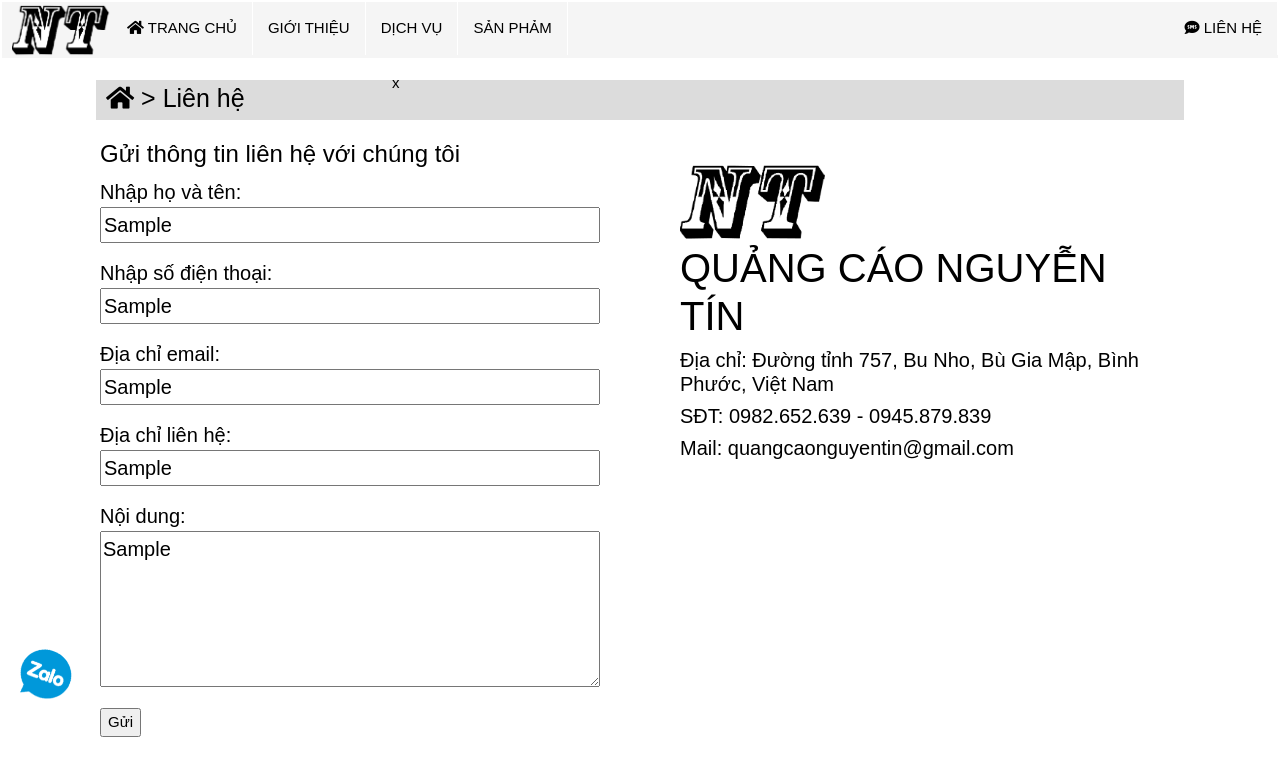
Repository: Haunguyen42193/quangcaonguyentin.github.io
Page: contact.html
The author's editor kept a copy of each file at every save. The page is drawn from the files as they stood at one save, then again after the next save.
The browser window is 1280 px wide. The pictures show the part of the page from y = 0 to 757 px (the page is 1526 px tall).
Empty fields were first filled with sample values (such as "Sample", 5 or name@example.com).
After loading, the first visible `#submit` was clicked once.
Pictures or frames that could not be fetched are drawn as grey boxes. Some web fonts or font styles are not loaded; a fallback is used. Some web libraries are served in a nearby version.

Above is the page before, as saved 2021-09-17 17:26:57.

### contact.html
<!DOCTYPE html>
<html lang="en">
<head>
    <meta charset="UTF-8">
    <meta http-equiv="X-UA-Compatible" content="IE=edge">
    <meta name="viewport" content="width=device-width, initial-scale=1.0">
    <title>Quảng Cáo Nguyễn Tín</title>
    <link rel="shotcut icon" href="images/logo2.png"/>
    <link
    rel="stylesheet"
    href="https://cdnjs.cloudflare.com/ajax/libs/animate.css/4.1.1/animate.min.css"
    />
    <!--carousel-->
    <link href="https://cdn.jsdelivr.net/npm/bootstrap@5.1.0/dist/css/bootstrap.min.css" rel="stylesheet" integrity="sha384-KyZXEAg3QhqLMpG8r+8fhAXLRk2vvoC2f3B09zVXn8CA5QIVfZOJ3BCsw2P0p/We" crossorigin="anonymous">
    <!--font awesome-->
    <link rel="stylesheet" href="https://pro.fontawesome.com/releases/v5.10.0/css/all.css" integrity="sha384-AYmEC3Yw5cVb3ZcuHtOA93w35dYTsvhLPVnYs9eStHfGJvOvKxVfELGroGkvsg+p" crossorigin="anonymous"/>
    <!--css-->
    <link rel="stylesheet" href="CSS/stylecontact.css"/>
    <!--font chữ-->
    <link rel="preconnect" href="https://fonts.googleapis.com">
    <link rel="preconnect" href="https://fonts.gstatic.com" crossorigin>
    <link href="https://fonts.googleapis.com/css2?family=K2D:wght@600&display=swap" rel="stylesheet">
    <!-- JavaScript Bundle with Popper -->
    <script src="https://cdn.jsdelivr.net/npm/bootstrap@5.1.0/dist/js/bootstrap.bundle.min.js" integrity="sha384-U1DAWAznBHeqEIlVSCgzq+c9gqGAJn5c/t99JyeKa9xxaYpSvHU5awsuZVVFIhvj" crossorigin="anonymous"></script>
    <!--Jquery-->
    <script src="Js/jquery-3.6.0.min.js"></script>

</head>
<body>
    <script src="Js/main.js"></script>
    <nav class="header-menu">
        <div class="menu">
            <div class="logo">
                <a href="homepage.html"><img src="images/logo2.png" alt="bang quang cao tiem" id="logotiem"/></a>
            </div>
            <ul>
                <li><a href="homepage.html"><i class="fas fa-home"></i> TRANG CHỦ</a></li>
                <li><a href="#">GIỚI THIỆU</a></li>
                <li class="sub"><a href="homepage.html">DỊCH VỤ</a>
                    <ul class="menu subcontent">
                        <li><a href="#">LÀM BẢNG HIỆU LED</a></li>
                        <li><a href="#">LÀM BẢNG HIỆU ALU</a></li>
                        <li><a href="#">LÀM BẢNG HIỆU HỘP ĐÈN</a></li>
                        <li><a href="#">LÀM BẢNG HIỆU MICA</a></li>
                    </ul>
                </li>
                <li class="sub"><a href="#">SẢN PHẢM</a>
                    <ul class="menu subcontent">
                      <li><a href="#">BẢNG HIỆU HỘP ĐÈN</a></li>
                      <li><a href="#">MẶT DỰNG ALU</a></li>
                      <li><a href="#">BẢNG HIỆU CHỮ NỔI</a></li>
                      <li><a href="#">BẢNG HIỆU LED</a></li>
                    </ul>
                </li>
                <li><a href="contact.html"><i class="fas fa-sms"></i> LIÊN HỆ</a></li>
            </ul>
        </div>
      </nav>

      <!--go to top-->
      <div>
        <a id="goToTop" href="javascript:;"><i class="fas fa-chevron-up" title="GO TO TOP"></i></a>
      </div>
      <!--zalo-->
      <div class="zalo">
        <a href="https://zalo.me/0982652639" target="_blank"><img src="images/icon-zalo1.png"/></a>
      </div>
      <!--content of contact-->
    <section>
        <div class="contact-title">
            <div>
                <a href="homepage.html" title="Trang chủ"><i class="fas fa-home"></i></a>
                <span>></span>
                <span class="move">Liên hệ</span>
            </div>
        </div>
        <div class="contact">
            <div class="contact-info">
                <h4>Gửi thông tin liên hệ với chúng tôi</h4>
                <div class="nhap">
                    <p>Nhập họ và tên: </p><input type="text" placeholder="Nhập họ và tên" id="name"/>
                </div>
                <div class="nhap">
                    <p>Nhập số điện thoại:</p><input type="text" placeholder="Nhập số điện thoại" id="phone"/>
                </div>
                <div class="nhap">
                    <p>Địa chỉ email: </p><input type="text" placeholder="email" id="mail"/>
                </div>
                <div class="nhap">
                    <p>Địa chỉ liên hệ: </p><input type="text" placeholder="Địa chỉ đầy đủ" id="address/>
                </div>
                <div class="nhap">
                    <p>Nội dung:</p>
                    <textarea placeholder="Nhập nội dung yêu cầu" name="sNoidung" rows="5" id="request"></textarea>
                </div>
                <div class="submit">
                    <input type="button" value="Gửi" id="submit"/>
                </div>

            </div>
        </div>
        <section class="notice">
          <div class="popup">
            <a href="#">x</a>
          </div>
        </section>
        <div class="contact1">
            <div class="contact-info">
                <img src="images/logo2.png" alt="logo" class="foot-logo" />
                <h1>QUẢNG CÁO NGUYỄN TÍN</h1>
                <h2>Địa chỉ: Đường tỉnh 757, Bu Nho, Bù Gia Mập, Bình Phước, Việt Nam</h2>
                <h2>SĐT: 0982.652.639 - 0945.879.839</h2>
                <h2>Mail: quangcaonguyentin@gmail.com</h2>
            </div>
        </div>
    </section>
    <div class="google-map-contact">
        <iframe src="https://www.google.com/maps/embed?pb=!1m18!1m12!1m3!1d5524.536939975059!2d106.86915028708552!3d11.734195462804998!2m3!1f0!2f0!3f0!3m2!1i1024!2i768!4f13.1!3m3!1m2!1s0x31735d28dd4c295f%3A0xd023a3b16b598d53!2zVHLGsOG7nW5nIFRIUFQgTmd1eeG7hW4gS2h1eeG6v24gLSBCw7kgTmhv!5e0!3m2!1svi!2s!4v1629276927340!5m2!1svi!2s" style="border:0;" allowfullscreen="" loading="lazy"></iframe>"
      </div>
    <section>
        <div class="foot-contacts">
          <div class="foot-contact">
            <img src="images/logo2.png" alt="logo" class="foot-logo" />
            <h1>QUẢNG CÁO NGUYỄN TÍN</h1>
            <h2>Địa chỉ: Đường tỉnh 757, Bu Nho, Bù Gia Mập, Bình Phước, Việt Nam</h2>
            <h2>SĐT: 0982.652.639 - 0945.879.839</h2>
            <h2>Mail: quangcaonguyentin@gmail.com</h2>
          </div>
          <div class="foot-service">
            <div class="foot-service-title">
              <h1>DANH MỤC DỊCH VỤ</h1>
            </div>
            <h2><a href="#">Làm bảng hiệu LED</a></h2>
            <h2><a href="#">Làm bảng hiệu ALU</a></h2>
            <h2><a href="#">Làm bảng hiệu HỘP ĐÈN</a></h2>
            <h2><a href="#">Làm bảng hiệu MICA</a></h2>
          </div>
          <div class="foot-product">
            <div class="foot-service-title">
              <h1>DANH MỤC SẢN PHẨM</h1>
            </div>
            <h2><a href="#">Làm bảng hiệu LED</a></h2>
            <h2><a href="#">Làm bảng hiệu ALU</a></h2>
            <h2><a href="#">Làm bảng hiệu HỘP ĐÈN</a></h2>
            <h2><a href="#">Làm bảng hiệu MICA</a></h2>
          </div>
        </div>
      </section>
      <!--foot-->
      <div class="web-foot">
        <h2>QUẢNG CÁO NGUYỄN TÍN &#10052 2021</h2>
      </div>
</body>
</html>

### CSS/stylecontact.css
body {
    font-family: 'K2D', sans-serif;
    font-size: 15px;
    background-color: white;
    background-repeat: no-repeat;
    background-attachment: fixed;
}
/*menu*/
.header-menu{
    width:100%;
    background-color: whitesmoke;
    padding-left: 10px;
    border: 2px solid white;
    position: fixed;
    z-index:99;
    top:0;
    left:0;
}
img#logotiem{
    width:100px;
    float:left;
}
div.menu > ul{
    display:flex;
    /* justify-content: center;
    align-items: center; */
}
div.menu ul{
    list-style-type: none;
    margin: 0;
    padding:0;
    background-color: whitesmoke;
}
div.menu ul li:last-child{
    margin-left: auto;
}
.subcontent{
    display:none;
    background: linear-gradient(gray, rgb(224, 222, 222));
}
.sub:hover .subcontent{
    display: block;
    position:absolute;
    width: 230px;
}

div.menu ul li{
    margin-bottom: 0px;
    position:relative;
    border-right: 1px solid white;
}

div.menu ul li a::before{
    content: '';
     position: absolute;
     bottom: -7px;
     left: 0px;
     width: 100%;
     height: 5px;
     background-color: #0cacdd;
     border-radius: 8px 8px 0 0;
     opacity: 0;
     transition: 0.3s;
}

div.menu ul li a:hover:before{
    opacity: 1;
    bottom:0;
}
div.menu ul li a{
    text-decoration: none;
    display: block;
    padding: 15px;
}
a:link{
    color:black;
}
a:visited{
    color:black;
}
a:hover{
    background-color: rgb(37, 32, 32);
    color: #2591d8;
}
a:active{
    color:rgb(35, 23, 201);
}

.subcontent::before{
    content: " ";
    border-width: 10px;
    border-style: solid;
    border-color:transparent transparent gray transparent;
    position: absolute;
    bottom: 100%;
    left:15%;
}
/*gototop*/
#goToTop {
    position: fixed;
    font-size: 30px;
    border-radius: 50%;
    z-index: 99;
    padding: 0 10px;
    border: 2px solid red;
    color: red;
    opacity: 0.5;
    right: 10px;
    bottom: 10px;
}
/*zalo*/
.zalo{
    position: fixed;
    z-index: 999;
    left: 20px;
    bottom: 20px;
    width: 4%;
}
.zalo img{
    width: 100%;
    animation:zalo-ring 1s infinite ease-in-out;
}
.zalo > a:hover{
    background-color: transparent;
}
@keyframes zalo-ring{
    0%{
    transform:rotate(0) scale(1) skew(1deg)
    }
    10%{
        transform:rotate(-25deg) scale(1.05) skew(1deg)
    }
    20%{
        transform:rotate(25deg) scale(1) skew(1deg)
    }
    30%{
        transform:rotate(-25deg) scale(1.05) skew(1deg)
    }
    40%{
        transform:rotate(25deg) scale(1) skew(1deg)
    }
    50%{
        transform:rotate(0) scale(1) skew(1deg)
    }
    100%{
        transform:rotate(0) scale(1) skew(1deg)
    }
}
/*foot contact*/
.foot-contacts {
    display: flex;
    position: relative;
    top: 120px;
    justify-content: center;
}
.foot-contacts h2{
    font-size: 15px;
}
.foot-contact {
    display: flex;
    width: 350px;
    flex-wrap: wrap;
    width: 25%;
}
.foot-logo{
    width:30%;
}
.foot-contact h1{
    width: 50%;
    font-size: 25px;
}
.foot-service{
    position: relative;
    border-right: 1px solid gray;
    width:25%;
    padding: 0 50px;
    border-left: 1px solid gray;
}
.foot-product{
    position: relative;
    width: 25%;
    padding: 0 50px;
}
.foot-service-title h1{
    font-size: 20px;
    padding-bottom: 10px;
    padding-top: 10px;
}
.foot-contacts a{
    text-decoration: none;
}
.foot-contacts a:link{
    color: #4b7494;
}
.foot-contacts a:visited{
    color: #4b7494;
}
.foot-contacts a:hover{
    color: #0c0e0f;
    background-color: white;
}
.foot-contacts a:active{
    color: #124c79;
}
/*web foot*/
.web-foot{
    background-color: gray;
    position: relative;
    top: 80px;
    padding: 15px;
    margin-top: 60px;
}
.web-foot > h2{
    text-align: center;
    font-size: 15px;
}
/*contact*/
.contact {
    color: black;
    position: relative;
    top:100px;
    left: 100px;
    width: 500px;
    border-radius: 5px;
}
.contact1 {
    color: black;
    position: absolute;
    top:160px;
    right: 100px;
    width: 500px;
    border-radius: 5px;
}
.contact-title{
    color: black;
    position: relative;
    top: 80px;
    width: 85%;
    margin: auto;
    height: 40px;
    background-color: gainsboro;
    font-size: 25px;
}
.contact-title div{
    padding-left: 10px;
}
.contact-title a:hover{
    background-color: transparent;
    color: black;
}
.contact-info p{
    font-size: 20px;
    position: relative;
    margin: 0;
}
.nhap input, textarea{
    font-size: 20px;
    width: 100%;
    margin-bottom: 15px;
}
.contact1 h2{
    font-size: 20px;
}
.popup{
    display: none;
    position: fixed;
    width: 30%;
    height: 400px;
    background-color: rgba(233, 219, 219, 0);
    z-index: 99;
    top: 10%;
    left:30%

}
.popup a{
    padding: 0 8px 5px;
    text-decoration: none;
    position: absolute;
    top: 0;
    left: 0;
    color: black;
}
.popup a:hover{
    background-color: red;
    color: white;
    outline: 1px groove white;
}
/*contact-map*/
.google-map-contact iframe{
    position: relative;
    top:120px;
    width: 100%;
    height:500px;
}

### Js/main.js

$(document).ready(function() {
    $("#goToTop").hide()
    $(window).scroll(function() {

        if($(this).scrollTop() >= 80)
            $("#goToTop").show("slow");
        else
            $("#goToTop").hide("slow");

    })
    $("#goToTop").click(function() {
        $("html, body").animate({
            scrollTop: 0
        }, 1000);
    })
    $("#submit").click(function(){
        $(".popup").css("display", "block")
    })
})

Loaded but not shown: Js/jquery-3.6.0.min.js (library)

After the next save:
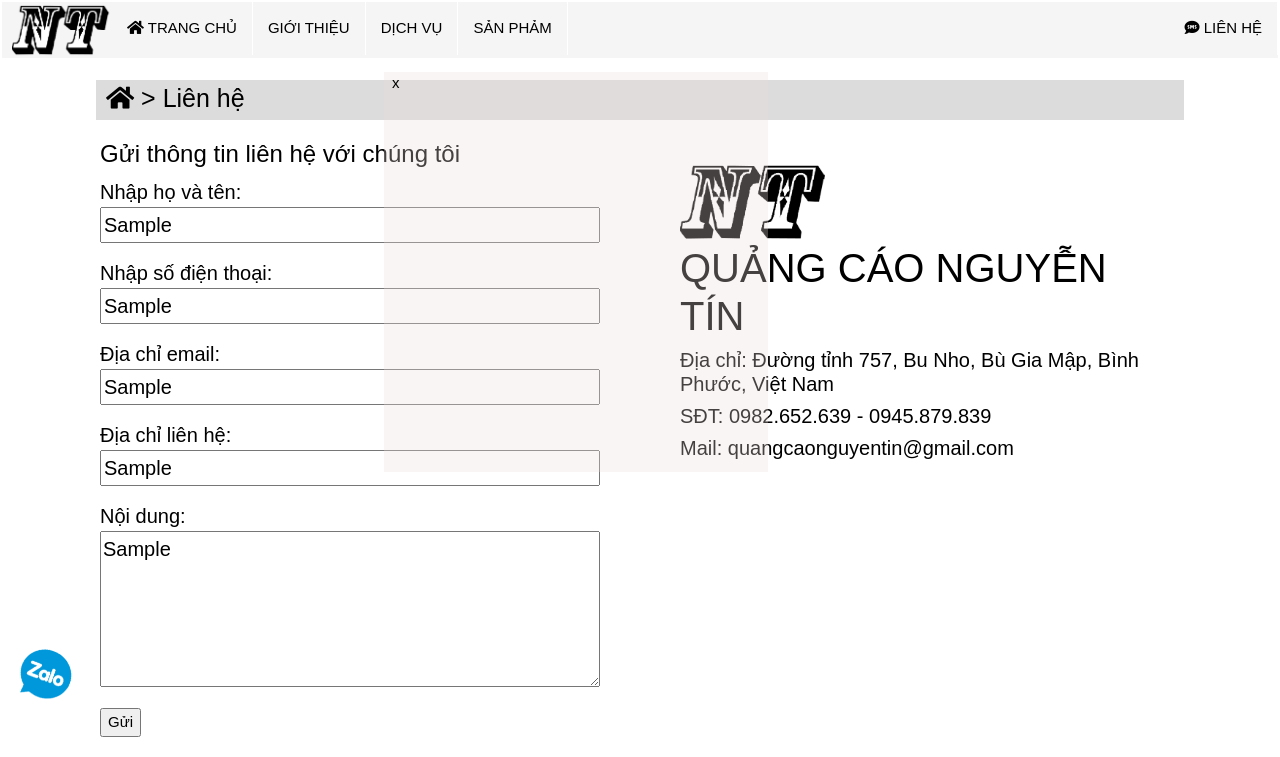
Saved 10 s later.
--- a/CSS/stylecontact.css
+++ b/CSS/stylecontact.css
@@ -266,7 +266,7 @@ a:active{
     position: fixed;
     width: 30%;
     height: 400px;
-    background-color: rgba(233, 219, 219, 0);
+    background-color: rgba(233, 219, 219, 0.295);
     z-index: 99;
     top: 10%;
     left:30%
